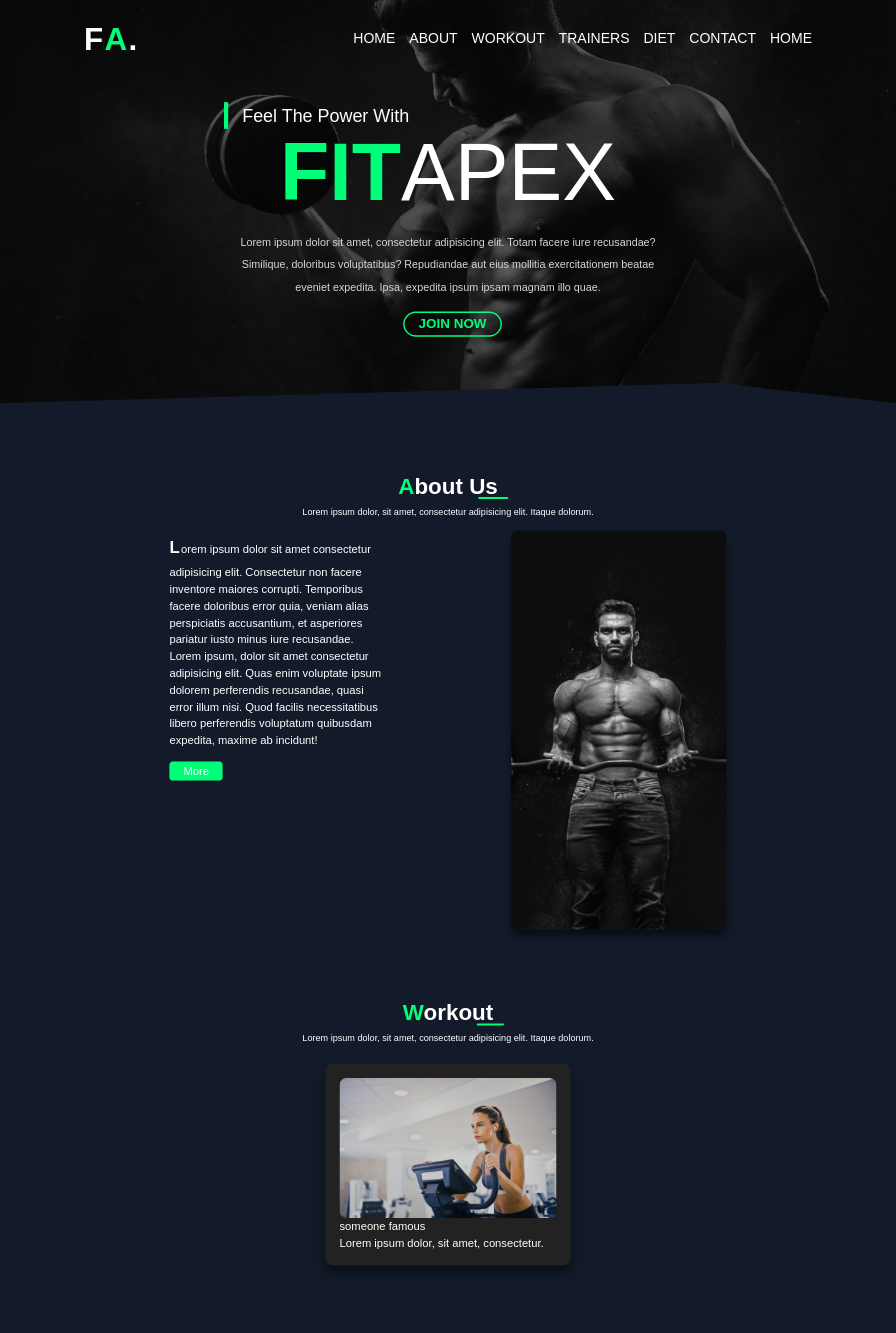
Repository: guilhermecardoso93/fitapex
Page: index.html
These files come from the project's save history. The page is drawn as it stood at one moment and after the next save; the edit follows.
The browser window is 1280 px wide. The pictures show the whole page, at 70% of full size.

Above is the page before, as saved 2023-03-07 20:30:01.

### index.html
<!DOCTYPE html>
<html lang="pr-BR">
  <head>
    <meta charset="UTF-8" />
    <meta http-equiv="X-UA-Compatible" content="IE=edge" />
    <meta name="viewport" content="width=device-width, initial-scale=1.0" />
    <link rel="stylesheet" href="styles.css" />
    <link
      rel="stylesheet"
      href="https://cdnjs.cloudflare.com/ajax/libs/font-awesome/4.7.0/css/font-awesome.css"
    />
    <title>F.A GYM</title>
  </head>
  <body>
    <div class="navbar">
      <a href="#" class="logo">F<b>A</b>.</a>
      <ol>
        <li>
          <a href="#home">home</a>
        </li>
        <li>
          <a href="#about">about</a>
        </li>
        <li>
          <a href="#workout">workout</a>
        </li>
        <li>
          <a href="#trainers">trainers</a>
        </li>
        <li>
          <a href="#diet">diet</a>
        </li>
        <li>
          <a href="#contact">contact</a>
        </li>
        <li>
          <a href="#home">home</a>
        </li>
      </ol>
    </div>

    <section id="home" class="home view">
      <div class="highlights">
        <h3>feel the power with</h3>
        <h1><b>FIT</b>APEX</h1><br>
        <p class="tagline">
          Lorem ipsum dolor sit amet, consectetur adipisicing elit. Totam facere iure recusandae? Similique, doloribus voluptatibus? Repudiandae aut eius mollitia exercitationem beatae eveniet expedita. Ipsa, expedita ipsum ipsam magnam illo quae.
        </p>
        <button class="join">join now</button>
      </div>
      <div class="banner"/>
    </section>

    <section id="about" class="about view">
      <div class="main">
        <h2><span>A</span>bout Us</h2>
        <h6>Lorem ipsum dolor, sit amet, consectetur adipisicing elit. Itaque dolorum.</h6>
      </div>
      <div class="content">
        <div class="cols">
          <p><b>L</b>orem ipsum dolor sit amet consectetur adipisicing elit. Consectetur non facere inventore maiores corrupti. Temporibus facere doloribus error quia, veniam alias perspiciatis accusantium, et asperiores pariatur iusto minus iure recusandae. Lorem ipsum, dolor sit amet consectetur adipisicing elit. Quas enim voluptate ipsum dolorem perferendis recusandae, quasi error illum nisi. Quod facilis necessitatibus libero perferendis voluptatum quibusdam expedita, maxime ab incidunt! </p>
          <a href="#">more</a>
        </div>
        <div class="cols">
          <div class="box">
            <img src="./assets/about.jpg" alt="">
          </div>
        </div>
      </div>
    </section>

    <section id="workout" class="workout view">
      <div class="main">
        <h2><span>W</span>orkout</h2>
        <h6>Lorem ipsum dolor, sit amet, consectetur adipisicing elit. Itaque dolorum.</h6>
      </div>
      <div class="content">
        <div class="frame">
          <div class="box">
            <img src="./assets/workout1.jpg" alt="" >
          </div>
          <div class="title">someone famous</div>
          <p>Lorem ipsum dolor, sit amet, consectetur.</p>
        </div>
      </div>
    </section>
  </body>
</html>

### styles.css
@import url("https://fonts.googleapis.com/css2?family=Poppins:wght@400;500&display=swap");

@import "./css/_navbar.css";
@import "./css/_home.css";
@import "./css/_about.css";
@import "./css/_workout.css";

* {
  margin: 0;
  padding: 0;
  box-sizing: border-box;
  font-family: "Poppisns", sans-serif;
  outline: none;
  color: #fff;

}

:root {
  --prime: #00ff79;
}

body {
  background-color: #131b2b;
}


.view {
  width: 100%;
  min-height: 80vh;
  position: relative;
}

### css/_navbar.css

.navbar {
  width: 100%;
  display: flex;
  position: fixed;
  padding: 30px 120px;
  background-color: transparent;
  justify-content: space-between;
  z-index: 1111;
  transition: 0.5s ease;
}

.logo {
  font-size: 2.8em;
  font-weight: 800;
  letter-spacing: 2px;
  text-transform: uppercase;
  text-decoration: none;
}

.logo B{
  color: var(--prime);
}

ol {
  display: flex;
  margin: auto 0;
}

ol li {
  list-style: none;
  margin-left: 20px;
}

ol li a {
  font-size: 20px;
  font-weight:500;
  text-transform: uppercase;
  text-decoration: none;
}

ol li:hover a {
  color: var(--prime);
}

### css/_home.css
.home {
  display: flex;
  min-height: 120vh;
  align-items: center;
  justify-content: center;
  clip-path: polygon(0 0, 100% 0, 100% 100%, 80% 95%, 0 100%);
}

.banner {
  height: 100%;
  width: 100%;
  position: absolute;
  background: url("../assets/banner.jpg");
  background-size: cover;
  background-position: center;
  filter: brightness(40%);
}

.highlights {
  width: 50%;
  position: relative;
  display: inline-block;
  justify-content: center;
  z-index: 11;
}

.highlights h3 {
  display: inline;
  font-size: 2vw;
  padding: 5px 20px;
  font-weight: lighter;
  text-transform: capitalize;
  border-left: 6px solid var(--prime);
}

.highlights h1 {
  font-size: 9vw;
  text-align: center;
  font-weight: normal;
}

.highlights b {
  color: var(--prime);
  font-weight: 800;
  font-family: sans-serif;
}

.highlights .tagline {
  color: #d7d7d7;
  font-size: 1.2vw;
  text-align: center;
  font-weight: normal;
  line-height: 32px;
}

.highlights .join {
  position: absolute;
  left: 40%;
  margin-top: 1.2rem;
  padding: 5px 20px;

  transform: tanslateX(-500%);
  font-weight: 800;
  font-size: 1.5vw;
  text-transform: uppercase;

  color: var(--prime);
  border: 2px solid var(--prime);
  border-radius: 50px;
  background: transparent;

  transition: 0.3s ease;
}

.highlights .join:hover {
  color: #fff;
  cursor: pointer;
  letter-spacing: 1.5px;
  background: var(--prime);
}

### css/_about.css
.main {
  width: 100%;
  text-align: center;
  padding-bottom: 20px;
  -webkit-font-smoothing: antialiased;
  -moz-osx-font-smoothing: grayscale;

}

.main h2 {
  font-size: 2.5vw;
  position: relative;
  text-align: center;
  padding-top: 100px;
  display: inline-block;
}

span {
  color: var(--prime);
}

.main h2:before {
  position: absolute;
  content: "";
  background: var(--prime);
  height: 3px;
  width: 30%;
  right: -15px;
  bottom: 0;
  border-radius: 50px;
}

.main h6 {
  margin-top: 10px;
  font-size: 13px;
  font-family: sans-serif;
  font-weight: lighter;
}

.content {
  position: relative;
  display: flex;
  width: 100%;
  padding: 0 30px;
  justify-content: center;
  line-height: 1.5em;
}

.about .content .cols {
  position: relative;
  width: 100%;
  max-width: 40%;
  height: 100%;
  padding: 0px 90px;
}

.about .content .cols p b {
  font-size: 24px;
  margin-right: 2px;
  line-height: 2;
}

.about .content .cols a {
  position: relative;
  top: 20px;
  color: #fff;
  background-color: var(--prime);
  padding: 5px 20px;
  border-radius: 5px;
  text-decoration: none;
  text-weight: 500;
  text-transform: capitalize;
}

.about .content .cols a:hover {
  color: #000;
  background: #fff;
}

.about .content .cols .box {
  position: relative;
  height: 570px;
  box-shadow: 0 10px 10px rgba(0, 0, 0, 0.5);
  border-radius: 10px;
}

.about .content .cols .box img {
  position: absolute;
  top: 0;
  left: 0;
  height: 100%;
  width: 100%;
  object-fit: cover;
  border-radius: 10px;
}

### css/_workout.css
.workout .content {
  flex-wrap: wrap;
}

.workout .content .frame {
  position: relative;
  width: 350px;
  padding: 20px;
  margin: 10px;
  background: #222;
  box-shadow: 0 10px 15px rgba(0,0,0,0.5);
  border-radius: 10px;

}

.workout .content .frame .box {
  position: relative;
  height: 200px;
  width: 100%;
  overflow: hidden;
  border-radius: 10px;
}

.workout .content .frame .box img {
  position: absolute;
  height: 100%;
  width: 100%;
  object-fit: cover;
  filter: brightness(80%);
  transition: 0.2s ease-in ;
}

.workout .content .frame .box:hover img {
  filter: brightness(100%);
  transform: scale(1.08) ;
}

After the next save:
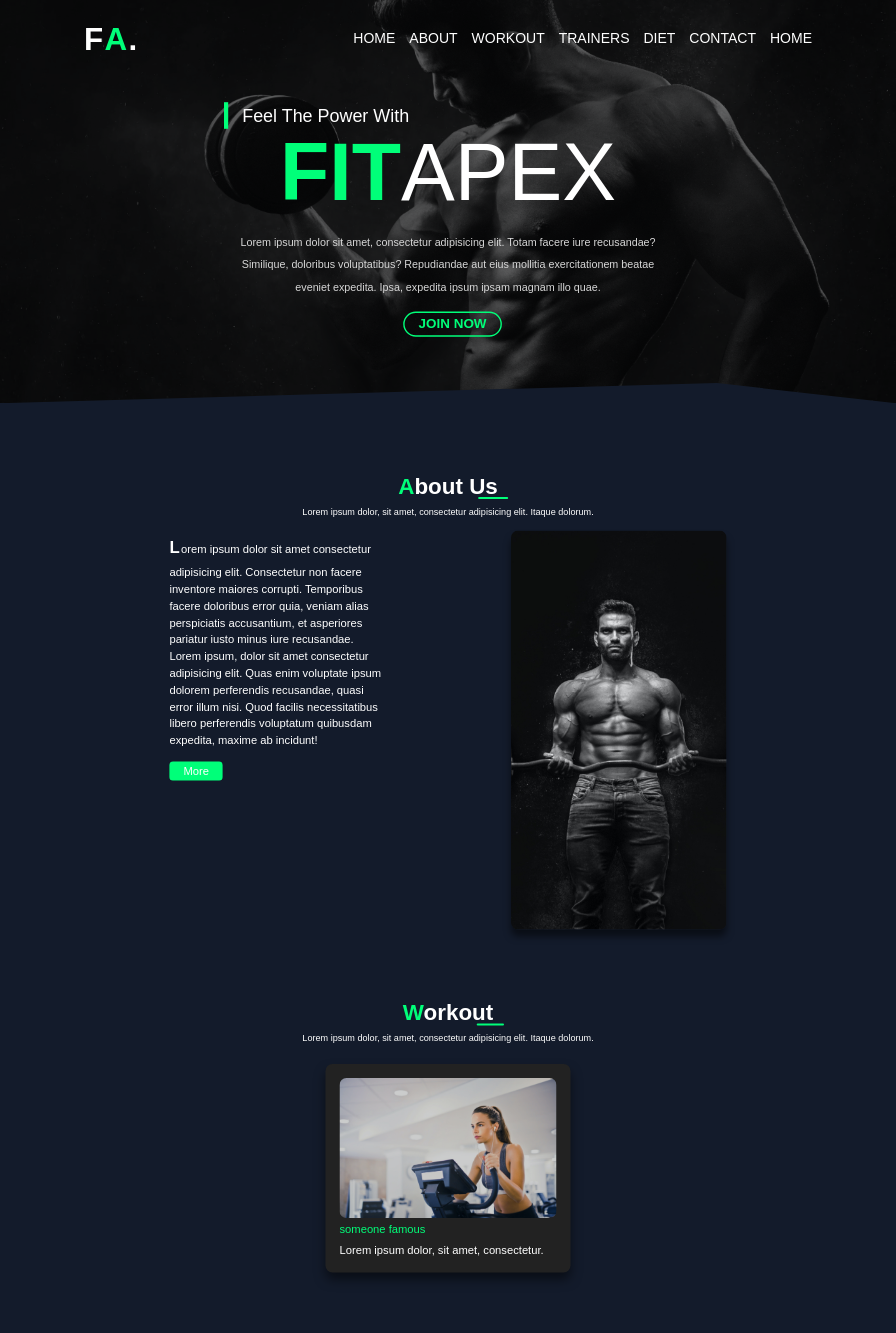
Saved 2 min 1 s later.
--- a/css/_workout.css
+++ b/css/_workout.css
@@ -34,3 +34,8 @@
   filter: brightness(100%);
   transform: scale(1.08) ;
 }
+
+.workout .content .frame .title {
+  color: var(--prime);
+  padding: 5px 0;
+}
